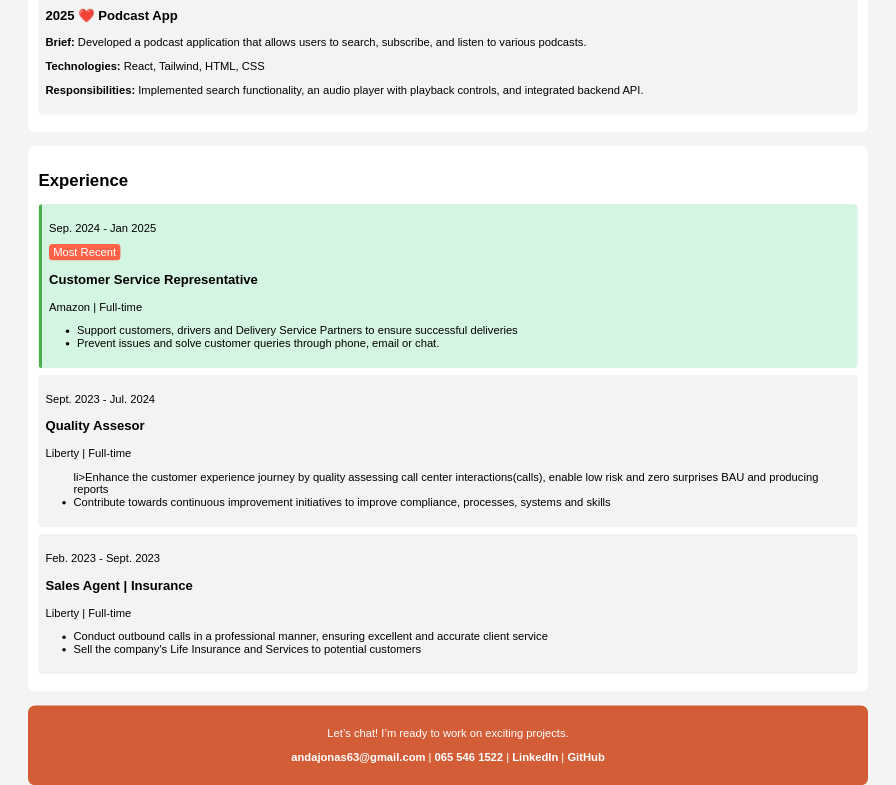
Repository: andajonas/ANDJON25111_fto2502_A2_AndaJonas_SDF_Portfolio_Piece
Page: index.html
The author's editor kept a copy of each file at every save. The page is drawn from the files as they stood at one save, then again after a run of saves.
The browser window is 1280 px wide. The pictures show the part of the page from y = 1244 to 3164 px (the page is 2366 px tall before and 3164 px after), at 70% of full size.
A picture or video elsewhere on the page could not be fetched, so the positions and the page height are approximate.

Above is the page before, as saved 2025-04-03 17:52:44.

### index.html
<!DOCTYPE html>
<html lang="en">
<head>
    <meta charset="UTF-8">
    <meta name="viewport" content="width=device-width, initial-scale=1.0">
    <title>Developer Resume</title>
    <link rel="stylesheet" href="styles.css">
</head>
<body>

<div class="container">
    <!-- Profile Section -->
    <section class="profile">
        <img src="profile.jpg" alt="Profile Picture" class="profile-pic">
        <div class="profile-info">
            <h1>Anda Jonas</h1>
            <p>I am a beginner Software Developer passionate about building clean and responsive websites that are aesthetically pleasing as well as functional. I am always seeking to refine my skills and stay up to date with the latest trends.</p>
        </div>
    </section>

    <!-- Proficiency and Skills Section -->
    <section class="skills-container">
        <div class="proficiency">
            <h2>Proficiency</h2>
            <p><strong>Beginner Intermediate Advanced</strong></p>
            <p>JavaScript</p><div class="bar"><div class="progress" style="width: 10%;"></div></div>
            <p>React</p><div class="bar"><div class="progress" style="width: 10%;"></div></div>
            <p>Node.js</p><div class="bar"><div class="progress" style="width: 10%;"></div></div>
            <p>HTML + CSS</p><div class="bar"><div class="progress" style="width: 30%;"></div></div>
        </div>

        <div class="skills">
            <h2>Skills</h2>
            <div class="skill-tags">
                <span class="skill-item">Software Development</span>
                <span class="skill-item">Agile</span>
                <span class="skill-item">UI Design</span>
                <span class="skill-item">Problem Solving</span>
                <span class="skill-item">Git And Version Control</span>
                <span class="skill-item">Web Development</span>
                <span class="skill-item">Team Collaboration</span>
                <span class="skill-item">Functional Programming</span>
                <span class="skill-item">RESTful APIs</span>
            </div>
        </div>
    </section>

    <!-- Projects Section -->
    <section class="projects">
        <h2>Projects</h2>
        <div class="project-card">
            <h3>2025 ❤️ Portfolio Website</h3>
            <p><strong>Brief:</strong> Developed a personal portfolio website to showcase projects and skills.</p>
            <p><strong>Technologies:</strong> React, JavaScript, HTML, CSS</p>
            <p><strong>Responsibilities:</strong> Designed and implemented the website, ensured responsiveness and accessibility.</p>
        </div>

        <div class="project-card">
            <h3>2025 ❤️ Podcast App</h3>
            <p><strong>Brief:</strong> Developed a podcast application that allows users to search, subscribe, and listen to various podcasts.</p>
            <p><strong>Technologies:</strong> React, Tailwind, HTML, CSS</p>
            <p><strong>Responsibilities:</strong> Implemented search functionality, an audio player with playback controls, and integrated backend API.</p>
        </div>

        <div class="project-card">
            <h3>2025 ❤️ Podcast App</h3>
            <p><strong>Brief:</strong> Developed a podcast application that allows users to search, subscribe, and listen to various podcasts.</p>
            <p><strong>Technologies:</strong> React, Tailwind, HTML, CSS</p>
            <p><strong>Responsibilities:</strong> Implemented search functionality, an audio player with playback controls, and integrated backend API.</p>
        </div>

        <div class="project-card">
            <h3>2025 ❤️ Podcast App</h3>
            <p><strong>Brief:</strong> Developed a podcast application that allows users to search, subscribe, and listen to various podcasts.</p>
            <p><strong>Technologies:</strong> React, Tailwind, HTML, CSS</p>
            <p><strong>Responsibilities:</strong> Implemented search functionality, an audio player with playback controls, and integrated backend API.</p>
        </div>
    </section>

    <!-- Experience Section -->
    <section class="experience">
        <h2>Experience</h2>
        <div class="experience-card green">
            <div class="exp-header">
                <p class="date">Sep. 2024 - Jan 2025</p>
                <span class="tag">Most Recent</span>
            </div>
            <h3>Customer Service Representative</h3>
            <p class="company">Amazon | Full-time</p>
            <ul>
                <li>Support customers, drivers and Delivery Service Partners to ensure successful deliveries</li>
                <li>Prevent issues and solve customer queries through phone, email or chat.</li>
        </div>

        <div class="experience-card">
            <p class="date">Sept. 2023 - Jul. 2024</p>
            <h3>Quality Assesor</h3>
            <p class="company">Liberty | Full-time</p>
            <ul>
                li>Enhance the customer experience journey by quality assessing call center interactions(calls), enable low risk and zero surprises BAU and producing reports</li>
                    <li>Contribute towards continuous improvement initiatives to improve compliance, processes, systems and skills</li>
            </ul>
        </div>
        <div class="experience-card">
            <p class="date">Feb. 2023 - Sept. 2023</p>
            <h3>Sales Agent | Insurance</h3>
            <p class="company">Liberty | Full-time</p>
            <ul>
                <li>Conduct outbound calls in a professional manner, ensuring excellent and accurate client service</li>
                <li>Sell the company's Life Insurance and Services to potential customers</li>
            </ul>
        </div>
    </section>

    <!-- Contact Section -->
    <section class="contact">
        <p class="contact-text">Let’s chat! I’m ready to work on exciting projects.</p>
        <p class="contact-links">
            <a href="mailto:andajonas63@gmail.com">andajonas63@gmail.com</a> |
            <a href="tel:+27655461522"> 065 546 1522</a> |
            <a href="https://www.linkedin.com/in/anda-jonas/" target="_blank" rel="noopener noreferrer">LinkedIn</a> |
            <a href="https://github.com/andajonas" target="_blank" rel="noopener noreferrer"> GitHub</a>
        </p>
    </section>
</div>

</body>
</html>

### styles.css
/* General Layout */
body {
    font-family: Arial, sans-serif;
    margin: 0;
    padding: 0;
    background: #f4f4f4;
}

.container {
    max-width: 1200px;
    margin: auto;
    display: flex;
    flex-direction: column;
    gap: 20px;
}

/* Profile Section */
.profile {
    display: flex;
    align-items: center;
    padding: 20px;
    background: white;
    border-radius: 10px;
}

.profile-pic {
    width: 144px;
    height: 144px;
    border-radius: 24px;
    object-fit: cover;
    margin-right: 20px;
}

/* Skills Section */
.skills-container {
    display: flex;
    gap: 20px;
}

.proficiency, .skills {
    background: white;
    padding: 15px;
    border-radius: 10px;
    width: 50%;
}

.bar {
    width: 100%;
    height: 5px;
    background: #ddd;
    margin-bottom: 10px;
}

.progress {
    height: 5px;
    background: green;
}

.skill-tags {
    display: flex;
    flex-wrap: wrap;
    gap: 10px;
}

.skill-item {
    background: #ecf4f1;
    padding: 8px 14px;
    border-radius: 6px;
    font-size: 14px;
    display: inline-block;
}

/* Projects Section */
.projects {
    background: white;
    padding: 15px;
    border-radius: 10px;
    display: grid;
}

.project-card {
    background: #f3f3f3;
    padding: 10px;
    border-radius: 5px;
    margin-bottom: 10px;
}

/* Experience Section */
.experience {
    background: white;
    padding: 15px;
    border-radius: 10px;
}

.experience-card {
    background: #f3f3f3;
    padding: 10px;
    border-radius: 5px;
    margin-bottom: 10px;
}

.green {
    background: #d5f5e3;
    border-left: 5px solid #4caf50;
}

.tag {
    background: #ff6347;
    color: white;
    padding: 3px 6px;
    border-radius: 5px;
}

/* Contact Section */
.contact {
    background: #d35d36;
    color: white;
    text-align: center;
    padding: 15px;
    border-radius: 10px;
}

.contact-links a {
    color: white;
    font-weight: bold;
    text-decoration: none;
}

After the next 2 saves:
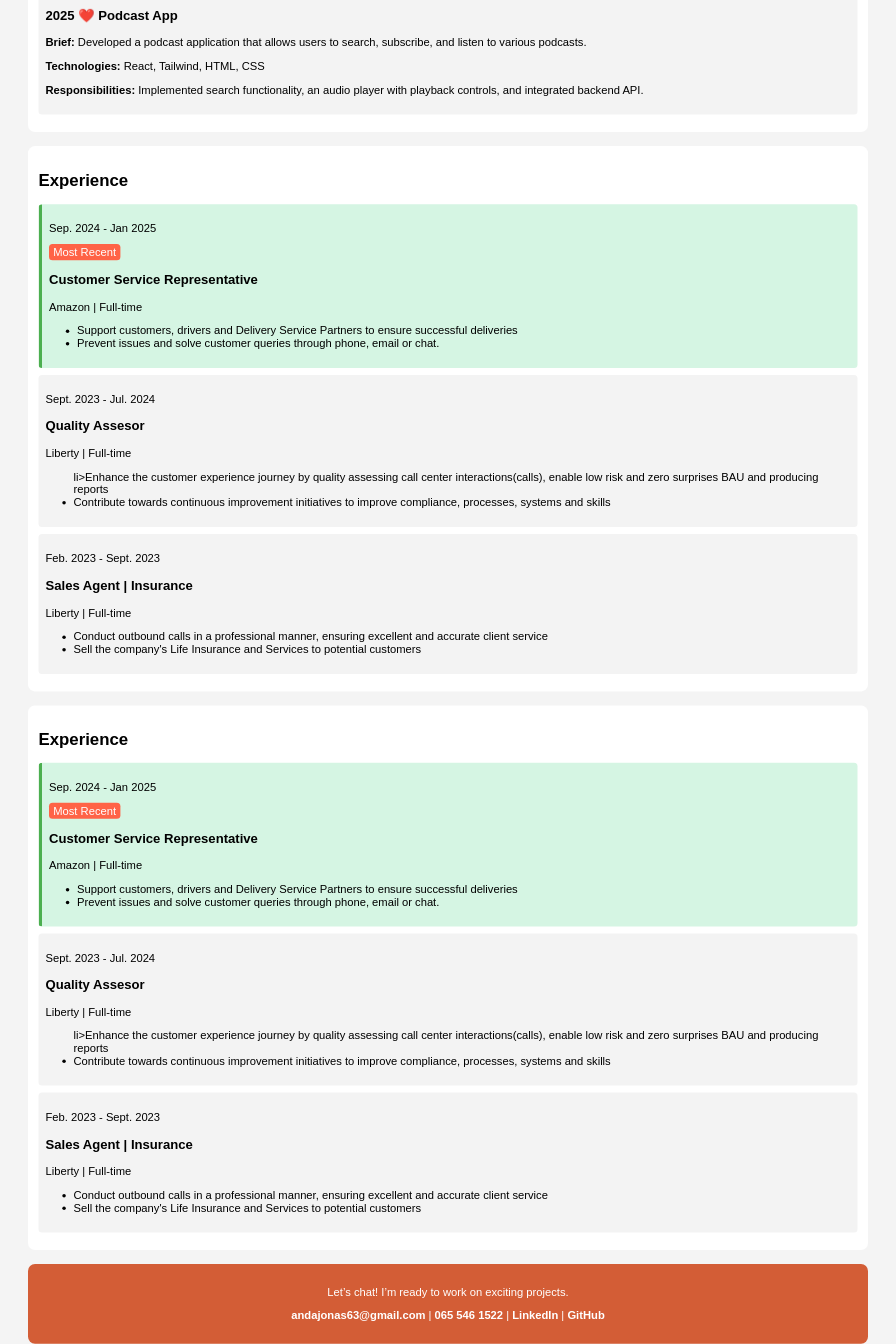
The 2 saves are shown as one change because they came seconds apart.
The last was saved 82 s later.
--- a/index.html
+++ b/index.html
@@ -112,6 +112,41 @@
         </div>
     </section>
 
+    <!-- Experience Section -->
+    <section class="experience">
+        <h2>Experience</h2>
+        <div class="experience-card green">
+            <div class="exp-header">
+                <p class="date">Sep. 2024 - Jan 2025</p>
+                <span class="tag">Most Recent</span>
+            </div>
+            <h3>Customer Service Representative</h3>
+            <p class="company">Amazon | Full-time</p>
+            <ul>
+                <li>Support customers, drivers and Delivery Service Partners to ensure successful deliveries</li>
+                <li>Prevent issues and solve customer queries through phone, email or chat.</li>
+        </div>
+
+        <div class="experience-card">
+            <p class="date">Sept. 2023 - Jul. 2024</p>
+            <h3>Quality Assesor</h3>
+            <p class="company">Liberty | Full-time</p>
+            <ul>
+                li>Enhance the customer experience journey by quality assessing call center interactions(calls), enable low risk and zero surprises BAU and producing reports</li>
+                    <li>Contribute towards continuous improvement initiatives to improve compliance, processes, systems and skills</li>
+            </ul>
+        </div>
+        <div class="experience-card">
+            <p class="date">Feb. 2023 - Sept. 2023</p>
+            <h3>Sales Agent | Insurance</h3>
+            <p class="company">Liberty | Full-time</p>
+            <ul>
+                <li>Conduct outbound calls in a professional manner, ensuring excellent and accurate client service</li>
+                <li>Sell the company's Life Insurance and Services to potential customers</li>
+            </ul>
+        </div>
+    </section>
+
     <!-- Contact Section -->
     <section class="contact">
         <p class="contact-text">Let’s chat! I’m ready to work on exciting projects.</p>
